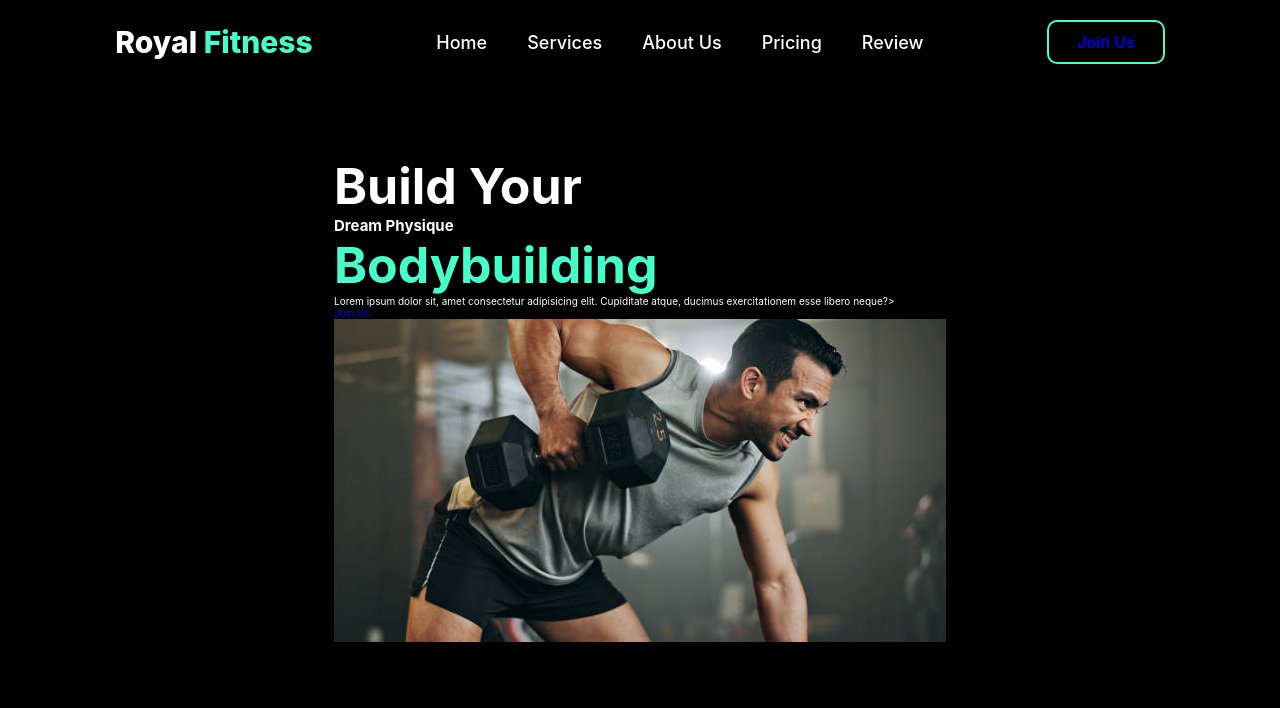
Repository: hawamubarakk/Gym-Website
Page: index.html
These files come from the project's save history. The page is drawn as it stood at one moment and after the next save; the edit follows.
The browser window is 1280 px wide. The pictures show the whole page.

Above is the page before, as saved 2026-02-01 13:28:41.

After the next save:
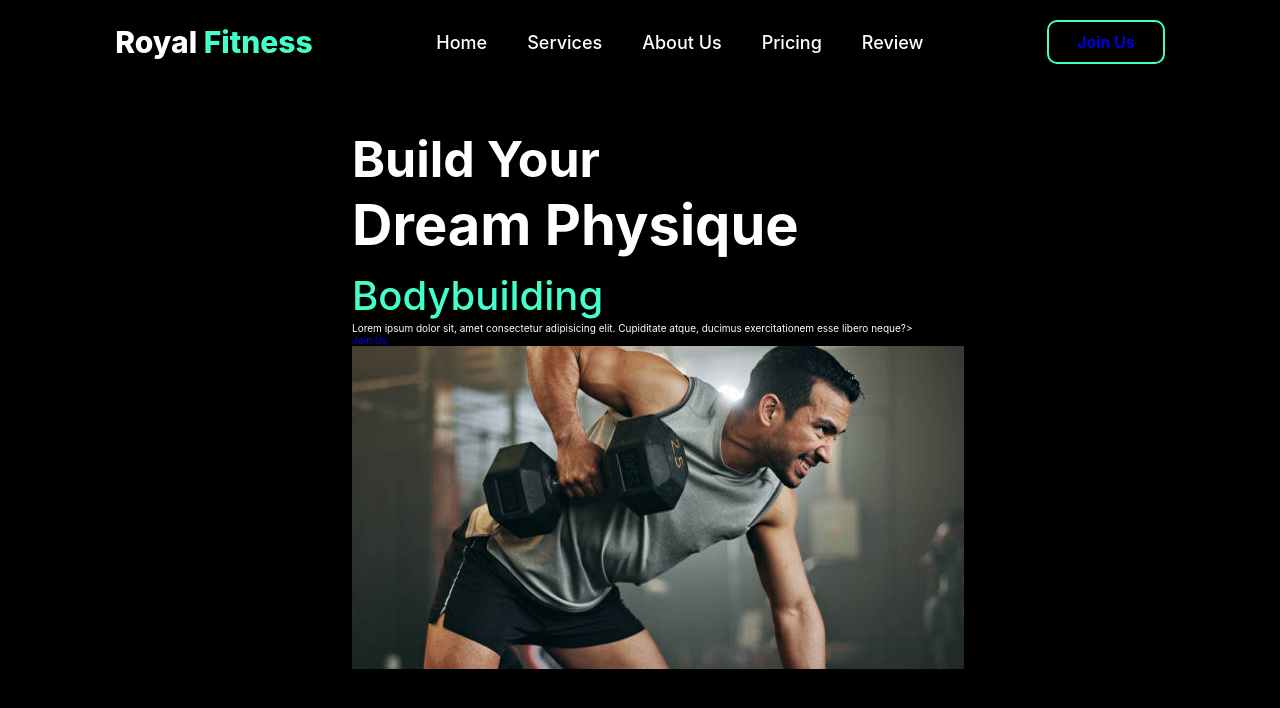
Saved 5 min 38 s later.
--- a/style.css
+++ b/style.css
@@ -123,3 +123,22 @@
     font-size: 5rem;
     font-weight: 700
 }
+
+.home-content span {
+    font-size: 4rem;
+    font-weight: 550;
+
+}
+span {
+    color: var(--main-color);
+}
+
+.home-content h1 {
+    font-size: 5.6rem;
+    font-weight: 700;
+    line-height: 1.3;
+}
+
+.home-img {
+    width: 45vw;
+}
